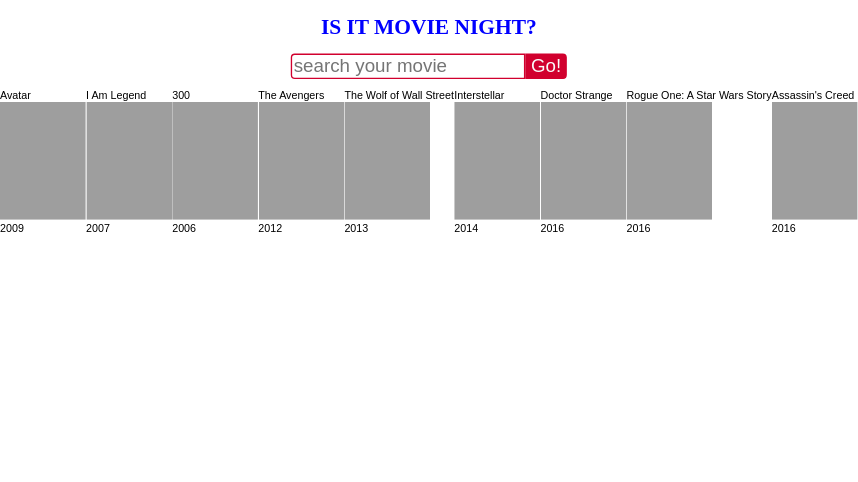
Repository: runner855/movies-app
Page: /
These files come from the project's save history. The page is drawn as it stood at one moment and after the next save; the edit follows.
The browser window is 1280 px wide. The pictures show the whole page, at 67% of full size.
Pictures or frames that could not be fetched are drawn as grey boxes. The project was rebuilt for these pictures with package versions that can differ from the ones it lists, and the page was loaded fresh each time. Also part of the build but not shown: src/styles/App.css.

Above is the page before, as saved 2021-06-17 22:48:10.

After the next save:
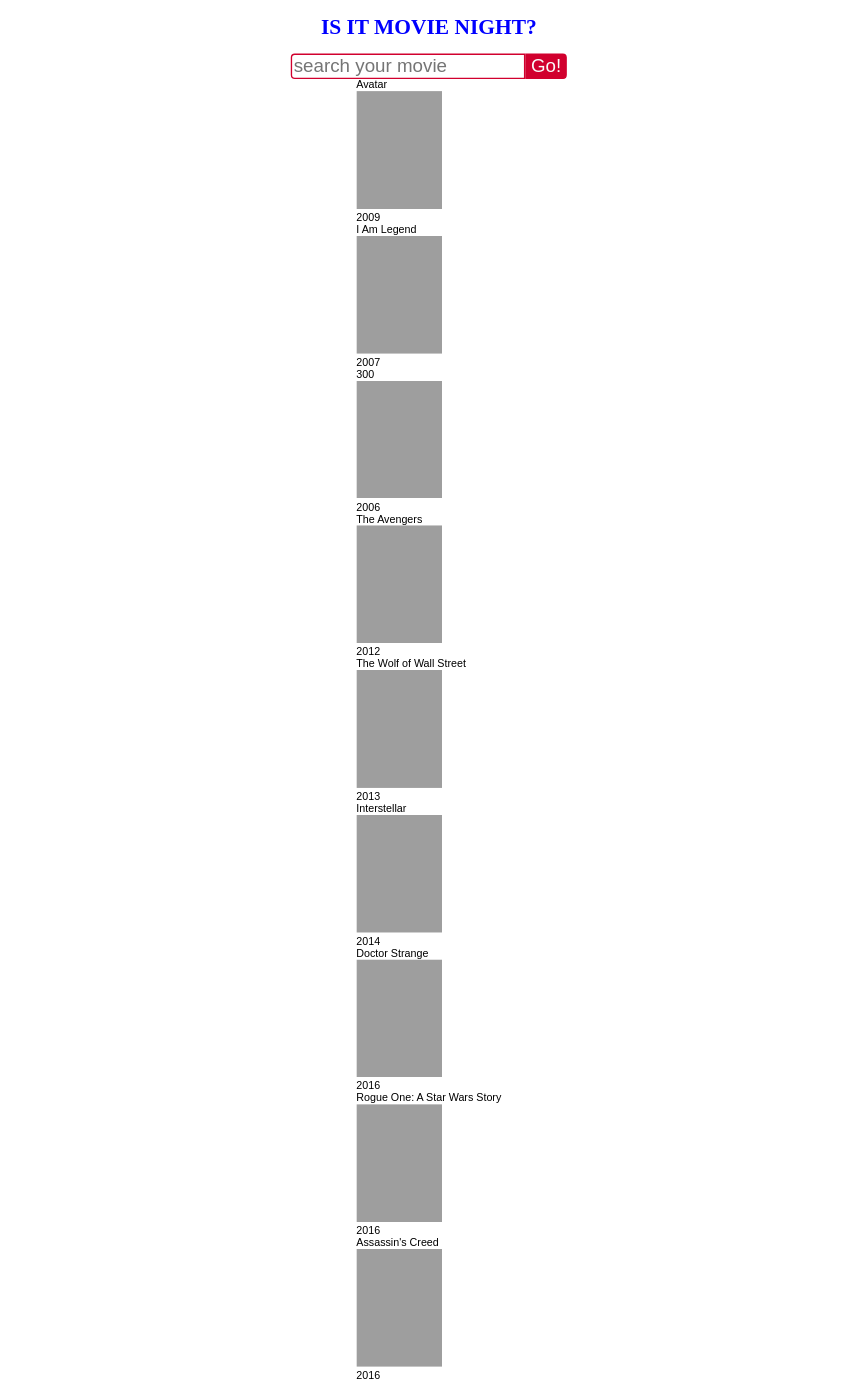
Saved 102 s later.
--- a/src/styles/MovieSummaries.css
+++ b/src/styles/MovieSummaries.css
@@ -1,7 +1,6 @@
 .MovieSummaries_container {
-  display: flex;
-  justify-content: space-between;
-  padding-top: 1em;
+  display: table;
+  margin: 0 auto;
 }
 
 @media (max-width: 320px) {

After the save that followed:
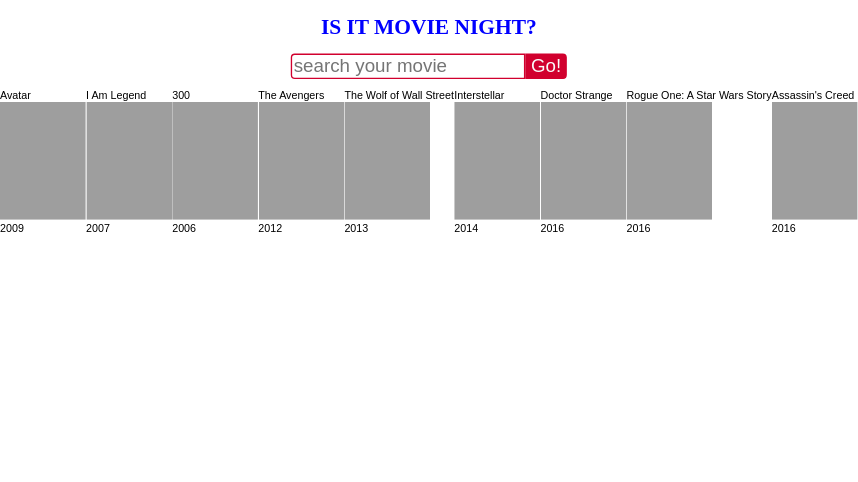
Saved 17 s later.
--- a/src/styles/MovieSummaries.css
+++ b/src/styles/MovieSummaries.css
@@ -1,6 +1,7 @@
 .MovieSummaries_container {
-  display: table;
-  margin: 0 auto;
+  display: flex;
+  justify-content: space-between;
+  padding-top: 1em;
 }
 
 @media (max-width: 320px) {
